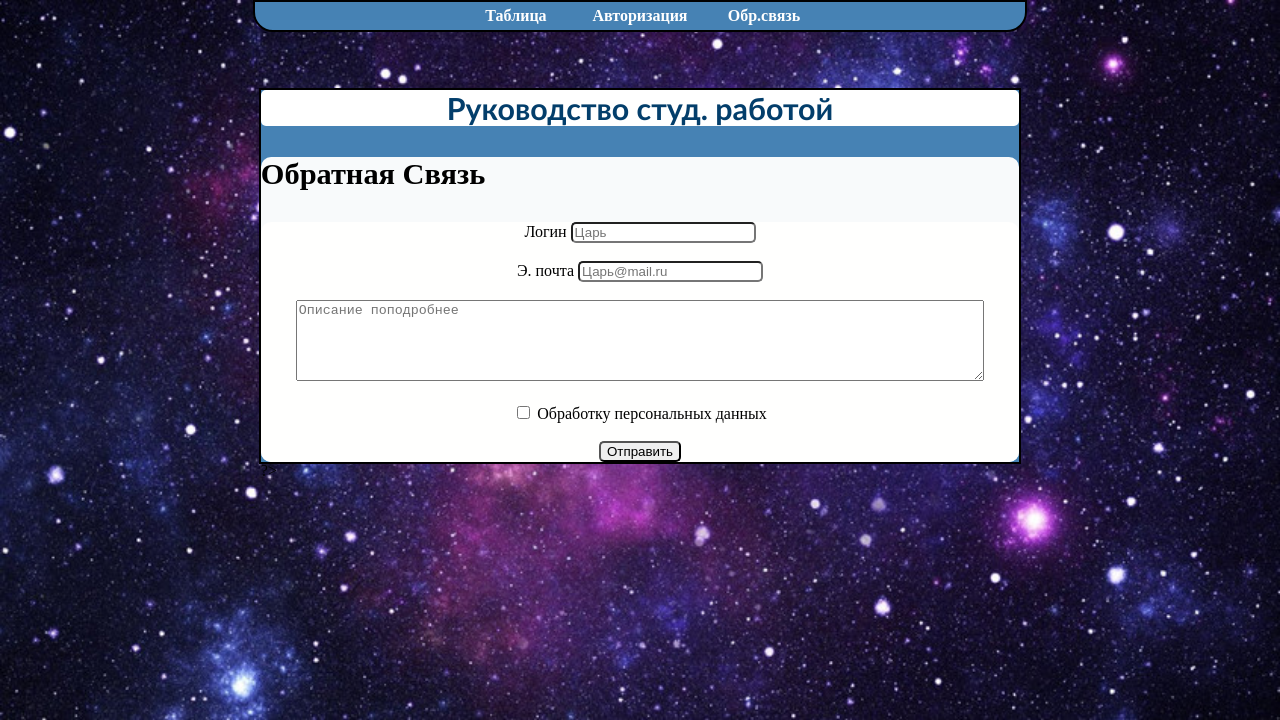
Repository: BeliaevAleksei/WeBCourse
Page: http://localhost/back.php
The author's editor kept a record of every edit. The page is drawn from the files as they stood at one moment, then again after the next edit.
The browser window is 1280 px wide. The pictures show the whole page.
The page is run by PHP 8.4 with error messages shown; the project is at /var/www/html/.

Above is the page before.

### Учебная практика/back.php
<!DOCTYPE html>
<html>
<head>
	<link rel="icon" type="image/x-icon" href="./img/znachok.jpg">
	<meta http-equiv="Content-Type" content="text/html; charset=utf-8" />
	<link rel="stylesheet" href="css/main.css">
	<title>Managment</title>

</head>
<body>
	<div class="page">
		<div class="header">
			<ul id="navbar">
				<li><a href="index.php">Таблица</a></li>
				<li><a href="authorization.php">Авторизация</a></li>
				<li><a href="back.php">Обр.связь</a></li>
			</ul>
		</div>
		<div class="main-text">
			<h3>Руководство студ. работой</h3>
			<div class="main-text-content">
				<h3>Обратная Связь</h3>
			<div class="main-text-content">
				<form action="add.php" method="post">
					<label for="logins"> Логин </label>
					<input type="text" required name="login" placeholder="Царь">
					<br><br>
					<label>
						Э. почта
						<input type="email" required name = "email" placeholder="Царь@mail.ru"></input>
					</label>
					<br><br>
					<textarea required name="message" id="about" rows="5" placeholder="Описание поподробнее"></textarea>
					<br><br>
					<input type="checkbox" name="check" id="check">
					<label for="check">Обработку персональных данных</label>
					<br><br>
					<input type="submit" value="Отправить">
					</form>
				</div>
			</div>
			</div>
			?>
	</div>
</div>
</div>
</body>

### Учебная практика/css/main.css

@media (min-width: 1024px) {
	body
	{
		background: url(../img/fon.jpg);
		background-position: center center;
		background-size: cover;
		background-attachment: fixed;
	}
	.main-text-content > img {
		width: 49%;
		height: 300px;
		display: inline-block;
	}
	a{
		font-size: 1.0em;
	}
	p{
		font-size: 1.0em;
	}

	h3{
		font-size: 1.9em;
	}
	h2{
		font-size: 1.3em;
	}
		.righttable{
		width: 26%;
		float: right;
	}
	.lefttable{
		width: 26%;
		float: left;
	}
}
@media (min-width: 720px) and (max-width: 1023px) {

	body {
		background: url(../img/fon.jpg);
		background-position: center center;
		background-size: cover;
		background-attachment: fixed;

	}
	.main-text-content > img {
		/*width: 400px;*/
		width: 40%;
		height: 300px;
		display: inline-block;
	}
	a{
		font-size: 0.8em;
	}
	p{
		font-size: 0.8em;
	}

	h3{
		font-size: 1.5em;
	}
	h2{
		font-size: 1.1em;
	}
		.righttable{
		width: 26%;
		float: right;
	}
	.lefttable{
		width: 26%;
		float: left;
	}
}

@media (min-width: 480px) and (max-width: 719px)
{
	body {
		background: url(../img/fon.jpg);
		background-position: center center;
		background-size: cover;
		background-attachment: fixed;
	}
	.main-text-content > img {
		/*width: 274px;*/
		width: 30%;
		height: 300px;
		display: inline-block;
	}
	a{
		font-size: 0.5em;
	}
	p{
		font-size: 0.5em;
	}

	h3{
		font-size: 1.2em;
	}
	h2{
		font-size: 0.8em;
	}
		.righttable{
		width: 26%;
		float: right;
	}
	.lefttable{
		width: 26%;
		float: left;
	}
}
@media (min-width: 320px) and (max-width: 479px)
{
	body {
		background: url(../img/fon.jpg);
		background-position: center center;
		background-size: cover;
		background-attachment: fixed;
	}
	.main-text-content > img {
		/*width: 173px;*/
		width: 20%;
		height: 200px;;
		display: inline-block;
	}
	a{
		font-size: 0.5em;
	}
	p{
		font-size: 0.5em;
	}

	h3{
		font-size: 1.2em;
	}
	h2{
		font-size: 0.8em;
	}
	.righttable{
		width: 26%;
		float: right;
	}
	.lefttable{
		width: 26%;
		float: left;
	}
}
@media (max-width: 319px)
{
	body {

		background: url(../img/fon.jpg);
		background-position: center center;
		background-size: cover;
		background-attachment: fixed;
	}
	.main-text-content > img {
		width: 172px;
		height: 110px;
		display: inline-block;
	}
	a{
		font-size: 0.5em;
	}
	p{
		font-size: 0.5em;
	}

	h3{
		font-size: 1.0em;
	}
	h2{
		font-size: 0.8em;
	}
	.righttable{
		width: 100%;
		float: none;
	}
	.lefttable{
		width: 100%;
		float: none;
	}
}

.page {
	width: 60%; /* Ширина элемента в пикселах */
	margin: auto; /* Выравниваем по центру */
	position: relative;
}

.header {
	justify-content: space-around;
	flex-wrap: wrap;
	align-items: center;
	position: relative;
	top: 0;
	min-height: 60px;
}

.main {
	line-height: 150px;
	position: relative;
}

#navbar {
	margin: 0;
	padding: 0;
	list-style-type: none;
}
#navbar li {
	display: inline;
}

#navbar {
	margin: -8px;
	padding: 0;
	list-style-type: none;
	border: 2px solid #000000;
	border-radius: 0px 0px 20px 20px;
	text-align: center;
	background-color:#4682B4;
}
#navbar a {
	color: #fff;
	padding: 5px 10px;
	text-decoration: none;
	font-weight: bold;
	display: inline-block;
	width: 100px;
}
#navbar a:hover {
	border-radius: 20px 5px;
	background-color: #B0C4DE;
}

.main-text{
	outline: 2px solid #000;
	background-color:#4682B4;
	margin:auto;
}


.main-text-content {
	background-color: rgba(255, 255, 254, 0.96);
	border-radius: 10px;
	margin:auto;
}

.main-text-content .clearbox {
	display: table;
}

.main-text > h3 {
	text-align: center;
	color: #033E6B;
	font-family: "Gabriela", TREBUCHET MS;
	background-color: #FFFFFF;
	border-radius: 5px;
}

.main-text-content > a {
	display: block;
	min-width: 20px;
	background-color: #FFFFFF;
	color: #033E6B;
	font-family: "Gabriela", TREBUCHET MS;
	border-bottom: 2px solid maroon; /* Параметры линии под текстом */
	font-weight: normal; /* Убираем жирное начертание */
	padding-bottom: 5px; /* Расстояние от текста до линии */
	text-align: left;
}


.main-text-content > p {
	display: block;
	text-indent: 2em;
	margin: 0 5px;
	color: #033E6B;
	border-radius: 5px;
	line-height: 34px;
}

.main-text-content img {
	margin-bottom: 10px;
	-o-object-fit: cover;
	object-fit: cover; /* способ встраивания содержимого в элемент */
	object-position: center; /* способ размещения содержимого в элементе */
}
.main-text-content .clearbox {
	display: table;
	clear: both;
}

#imginf {
	float: left; /* задает выравнивание элемента */
	margin-right: 10px;
}



.lefttable{
	display: table;
	background-color: #FFFFFF;
	border-radius: 5px;
}

.righttable{
	display: table;
	background-color: #FFFFFF;
	border-radius: 5px;
}
/*form{*/
/*	margin: 0  1%;*/
/*}*/
label{
	align-items: center;
	text-align: center;
}
form{
	align-items: center;
	text-align: center;
}
#about{
	width: 90%;
}
TABLE {
    width: 60%;
    margin: auto;
   }
   TD {
   	width: 60%;
    margin: auto;
   }

input {
    border-radius: 5px;
}

After the next edit:
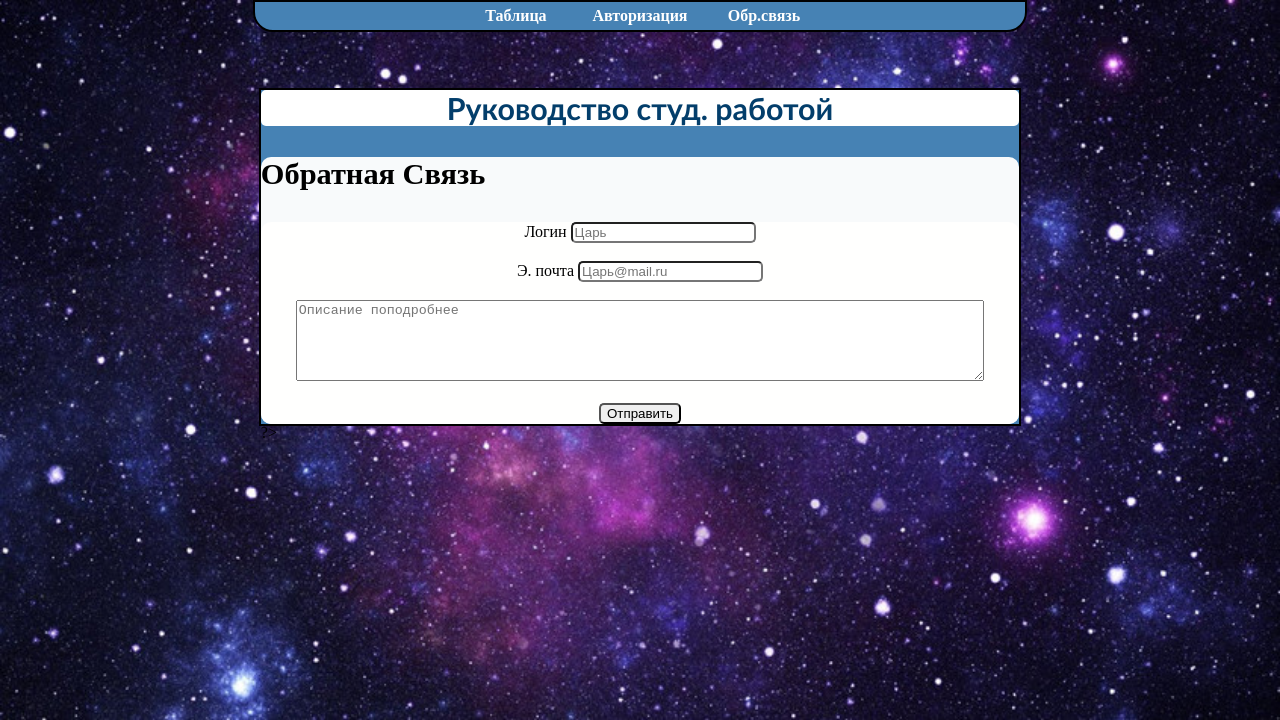
The edit:
--- a/Учебная практика/back.php
+++ b/Учебная практика/back.php
@@ -32,9 +32,6 @@
 					<br><br>
 					<textarea required name="message" id="about" rows="5" placeholder="Описание поподробнее"></textarea>
 					<br><br>
-					<input type="checkbox" name="check" id="check">
-					<label for="check">Обработку персональных данных</label>
-					<br><br>
 					<input type="submit" value="Отправить">
 					</form>
 				</div>
